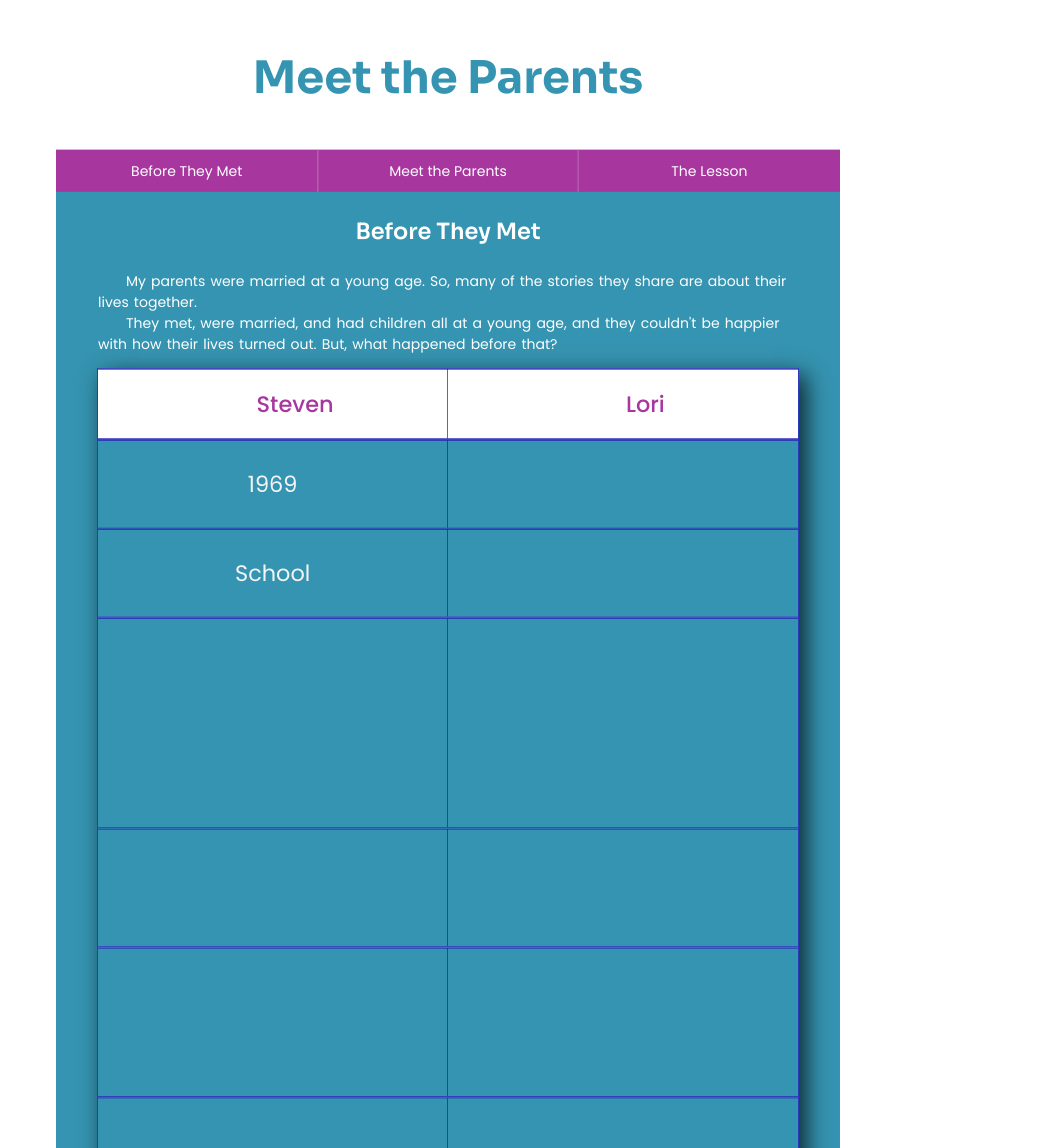
Repository: Sbethm/parents-tribute
Page: timeline.html
An editor plug-in stored every save of this project. The page is shown before and after the next save, followed by the edit.
The browser window is 1280 px wide. The page is 1280 px wide, then 1497 px, then 1280 px, so the pictures cover 1497 px, including what lies to the right of the window. The pictures show the part of the page from y = 0 to 1640 px (the page is 3548 px tall before and 2879 px after), at 70% of full size.

Above is the page before, as saved 2021-02-24 14:07:01.

After the next save:
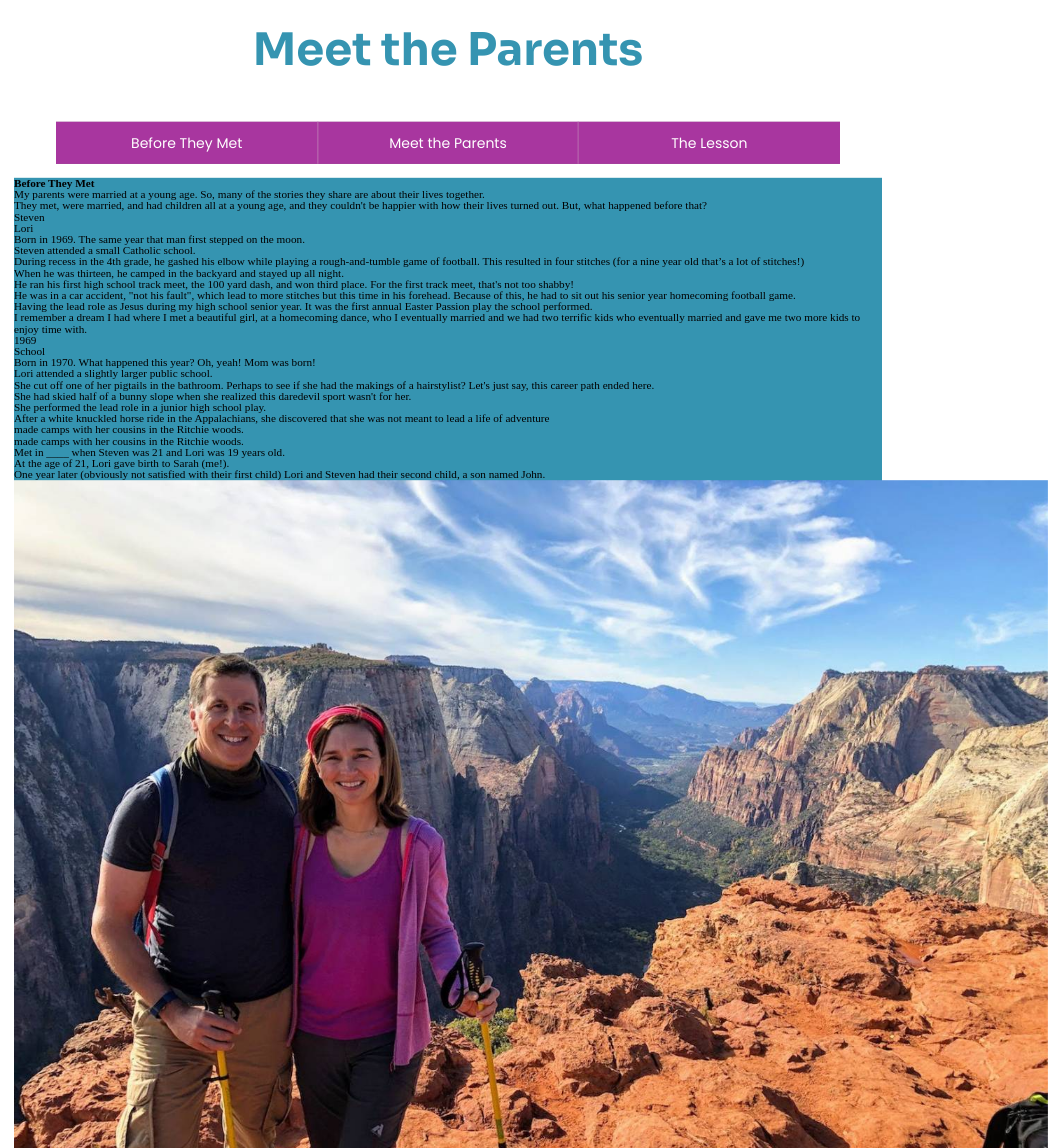
Saved 8 s later.
--- a/style.css
+++ b/style.css
@@ -119,10 +119,7 @@
     width: 100vw;
     padding-top: 40px;
     background-color: rgb(255, 255, 255);
-    display: flex;
-    flex-direction: column;
-    justify-content: center;
-}
+
 
 h1 {
     width: 100%;

After the save that followed:
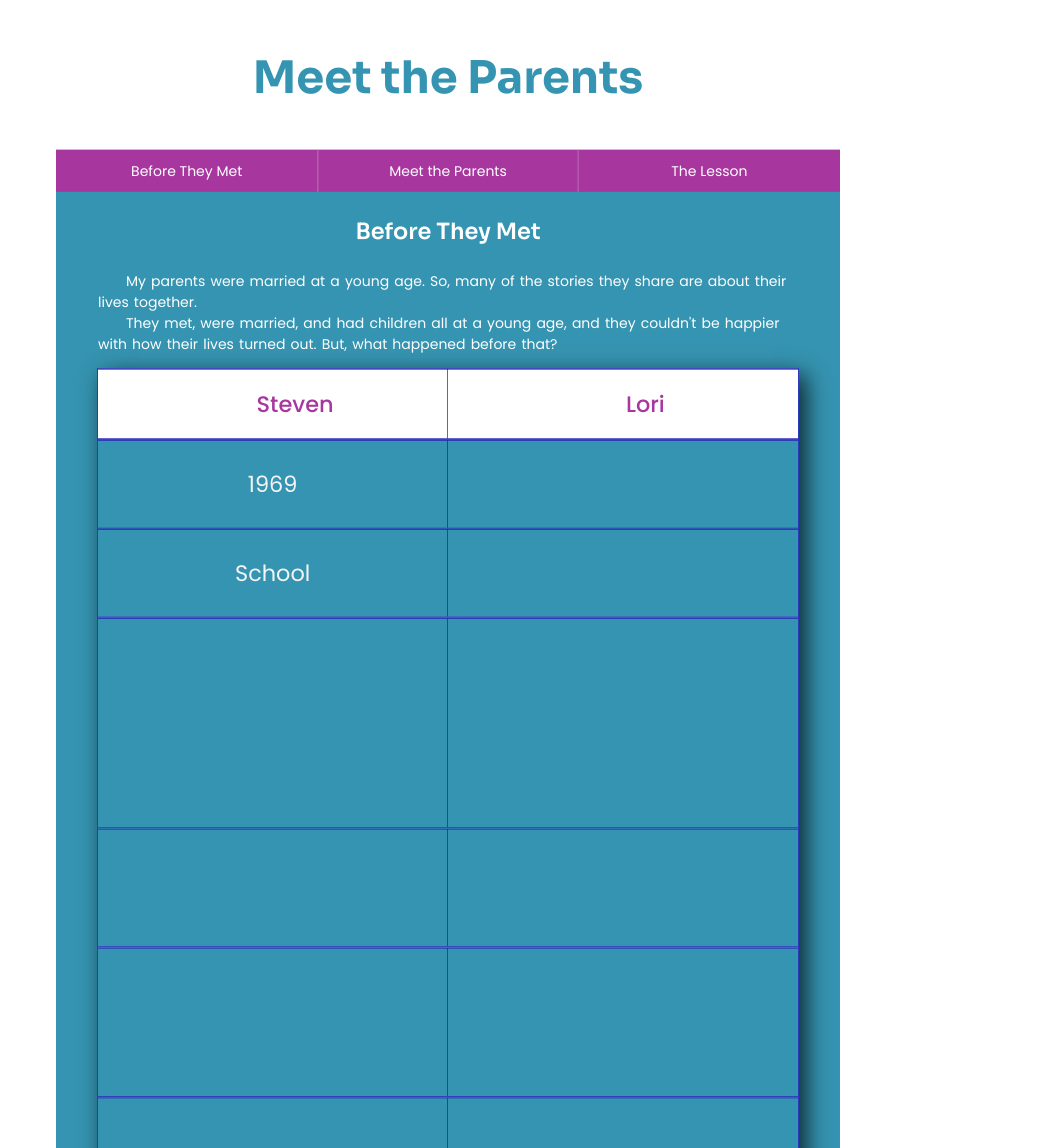
Saved 10 s later.
--- a/style.css
+++ b/style.css
@@ -119,7 +119,10 @@
     width: 100vw;
     padding-top: 40px;
     background-color: rgb(255, 255, 255);
-
+    display: flex;
+    flex-direction: column;
+    justify-content: center;
+}
 
 h1 {
     width: 100%;
